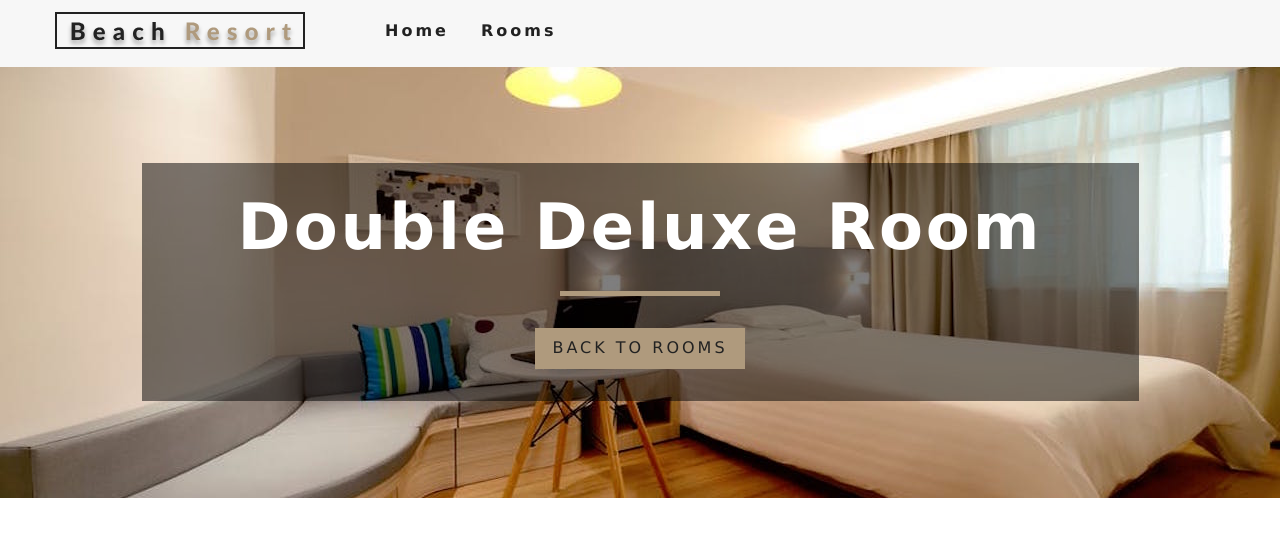
Repository: thanhn379/react-beach-resort
Page: /rooms/double-deluxe
These files come from the project's save history. The page is drawn as it stood at one moment and after the next save; the edit follows.
The browser window is 1280 px wide. The pictures show the whole page.
The project was rebuilt for these pictures with package versions that can differ from the ones it lists, and the page was loaded fresh each time. Also part of the build but not shown: src/components/Title.js, src/components/Services.js, src/components/Loading.js, src/components/Room.js, src/components/FeaturedRooms.js, src/pages/Home.js, src/pages/Rooms.js, src/pages/Error.js.

Above is the page before, as saved 2019-11-16 03:38:19.

After the next save:
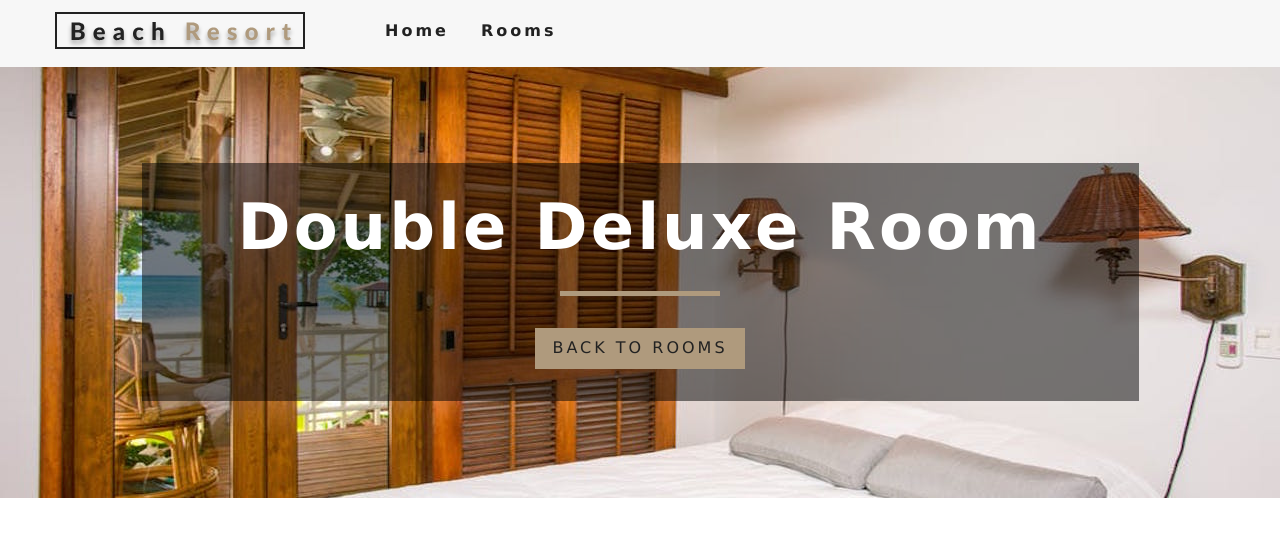
Saved 3 s later.
--- a/src/pages/SingleRoom.js
+++ b/src/pages/SingleRoom.js
@@ -4,6 +4,7 @@ import Hero from "../components/Hero";
 import Banner from "../components/Banner";
 import { Link } from "react-router-dom";
 import { RoomContext } from "../context";
+import StyledHero from "../components/StyledHero";
 
 export default class SingleRoom extends Component {
   constructor(props) {
@@ -43,13 +44,13 @@ export default class SingleRoom extends Component {
     } = room;
 
     return (
-      <Hero hero="roomsHero">
+      <StyledHero img={images[0] || this.state.defaultBcg}>
         <Banner title={`${name} room`}>
           <Link to="/rooms" className="btn-primary">
             back to rooms
           </Link>
         </Banner>
-      </Hero>
+      </StyledHero>
     );
   }
 }
